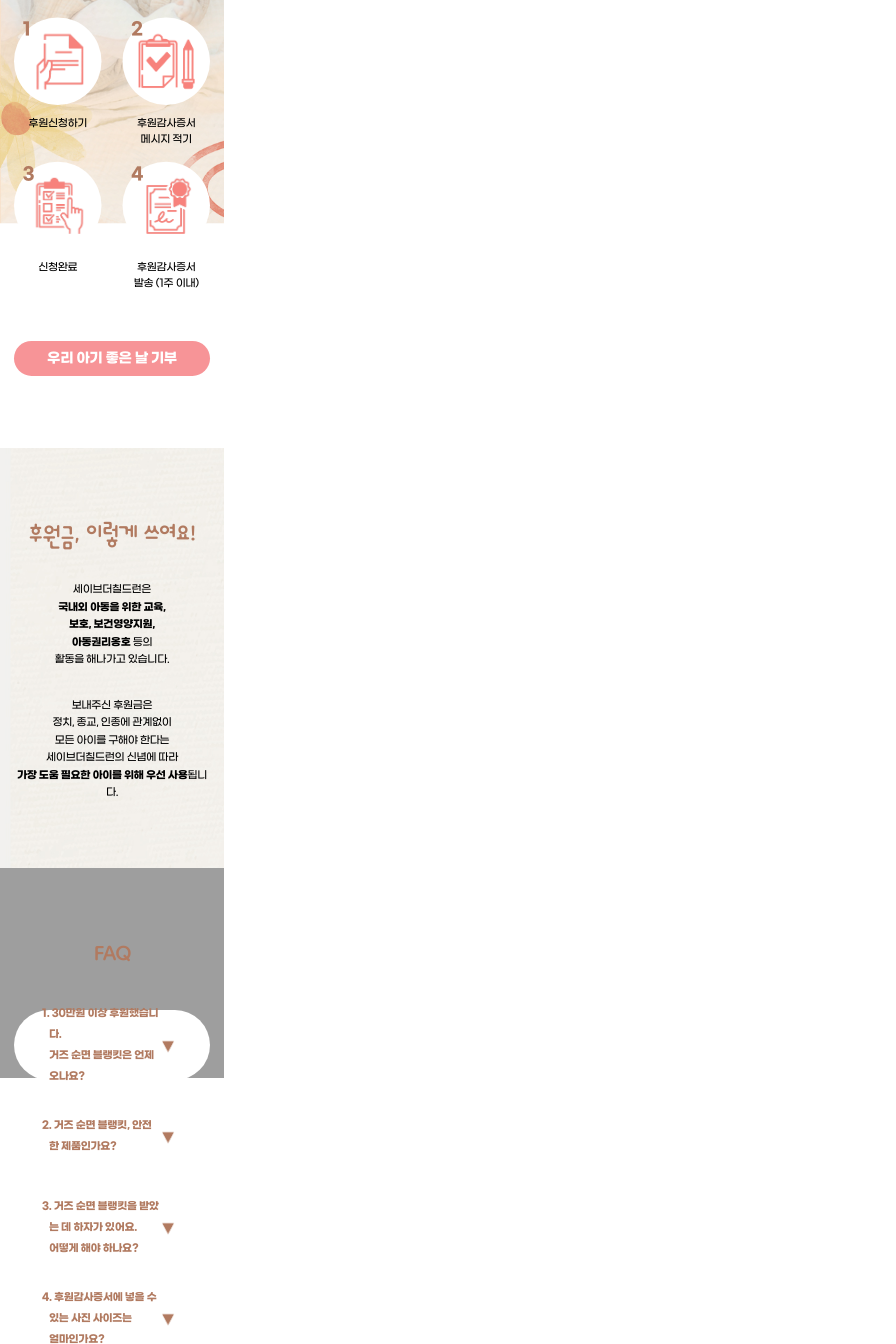
Repository: dlgywls1130/save_the_m320
Page: index.html
These files come from the project's save history. The page is drawn as it stood at one moment and after the next save; the edit follows.
The browser window is 1280 px wide. The pictures show the part of the page from y = 4580 to 6500 px (the page is 7320 px tall), at 70% of full size.
Pictures or frames that could not be fetched are drawn as grey boxes.

Above is the page before, as saved 2023-12-21 01:34:14.

### index.html
<!DOCTYPE html>
<html lang="en">
<head>
    <meta charset="UTF-8">
    <meta name="viewport" content="width=device-width, initial-scale=1.0">
    <title>세이브더칠드런</title>

    <link rel="stylesheet" href="./css/reset.css">
    <link rel="stylesheet" href="./css/style.css">

</head>
<body>
    <div class="content_body">
        <section class="section_wrapper section01">
            <div class="se01 se_wrapper">
                <div class="seo01_mobile_wrapp">
                    <div class="se01_sub">
                        <div class="sub_logo">
                            <img src="./img/logo01.png" alt="logo">
                        </div>
                        <p>우리 아기 좋은 날 기부</p>
                    </div>
                    <p class="seo01_title">
                        아가야,
                    </p>
                    <p class="seo01_title_two">
                        너의 <span id="rollingText">탄생</span> 순간을 축하해!
                    </p>
                </div>
                <div class="seo01_mobile_wrapp_bottom">
                    <p class="section_descript mb-45">
                        아이의 건강과 행복을
                        <br>바라는 마음을 담아,
                        <br>탄생, 백일, 첫 걸음마, 첫돌 등
                        <br>내 아이의 소중한 순간을
                        <br>기부로 기념해보세요.
                        <br>함께 자라나는 다른 아이들
                        <br>에게도 큰 축복이 됩니다..
                    </p>

                    <a class="donation_link" href="javascript:void(0)">우리 아기 좋은 날 기부</a>
                </div>

            </div>
        </section>
        <section class="section_wrapper section02">
            <div class="se02 se_wrapper">
                <div class="postit_wrapper">
                    <div class="postit postit01">
                        <p>우리 아들 우현이의<br>
                        200일을 축하해.<br>
                        <span>건강하게 자라줘서 고마워 <img src="./img/heart.png"></span>
                        늘 사랑받고 받은 사랑만큼<br>
                        베풀 수 있는 건강하고<br>
                        멋진 아들이 되길 바래!</p>
                    </div>
                    <div class="postit postit02">
                        <p>우리 새로아<Br>
                        백일 동안 무럭무럭 자라줘서<Br>
                        고마워~앞으로도 건강하고<Br>
                        우리 같이 재미있게 많이 놀자.<Br>
                        엄마,아빠가 많이 사랑해.</p>
                    </div>

                    <div class="postit postit05">
                        <p>사랑하는 도현이의<br>
                        첫 어린이날과 첫돌을<br>
                        기념하며, <br>
                        이웃을 사랑하는<br>
                        멋진 사람으로 자라길</p>

                    </div>
                    <!-- <div class="postit postit04">
                        <p>보미야<br>
                        첫 번째 생일 축하해<br>
                        너의 존재가 온 세상에<br>
                        봄이길 바랄게!   </p>
                    </div> -->

                    <!-- <div class="postit postit03">
                        <p>서진아<br>
                        우리에게 와줘서 고마워<br>
                        건강하고 행복하게 자라렴.<br>
                        사랑해♡      </p>
                    </div> -->

                </div>

            </div>
        </section>
        <section class="section_wrapper section03">
            <div class="se_wrapper se03">
                <div class="se_title_co">
                    아기의 좋은 날을<br> 기념해 주신 모든 분들께
                    <br>후원감사증서를 <br> 보내드립니다.
                </div>
                <div class="se_sub_co">
                    후원감사증서는<Br> 아기에게 남기고 싶은 메시지와 아기의 좋은 날이 담긴 사진을<br> 보관할 수 있도록
                    만들어드립니다.<br> 먼 훗날, 아기가 성장해 읽게 될 날을 그리며 편지를 써보세요.
                </div>
            </div>

        </section>
        <section class="section_wrapper section04">
            <div class="se_wrapper se04">
                <div class="se_title_co">
                    이름 자수 순면거즈블랭킷
                </div>
                <div class="se_sub_co">
                    30만원 이상 후원하신 분들께는<br> 순면 거즈 아기 블랭킷(90*110)에
                    <Br>원하시는 이름(영문)을<br> 예쁘게 수놓아 드립니다.
                </div>

                <div class="se04_slide mt-85">
                    <div class="se04_slide_list">
                        <img src="./img/slide03.jpg">
                    </div>
                    <div class="se04_slide_list">
                        <img src="./img/slide02.jpg">
                    </div>
                    <div class="se04_slide_list">
                        <img src="./img/slide01.jpg">
                    </div>
                </div>
            </div>
        </section>
        <section class="section_wrapper section05">
            <div class="se_wrapper se05">
                <div class="se_title_co">
                    후원신청 과정
                </div>


                <div class="se_sub_co">
                    30만원 이상 후원해 주신 경우,
                    <br>감사 선물 수령 주소 및 아기 블랭킷에 새겨질 문구 확인을 위한 문자가 발송됩니다.
                </div>

                <div class="se_step_list">
                    <div class="se_step">
                        <p class="step_number">1</p>
                        <div class="step_ico">
                            <img src="./img/icon01.png" alt="img">
                        </div>
                        <p class="step_descript">
                            후원신청하기
                        </p>
                    </div>
                    <div class="se_step">
                        <p class="step_number">2</p>
                        <div class="step_ico">
                            <img src="./img/icon02.png" alt="img">
                        </div>
                        <p class="step_descript">
                            후원감사증서
                            <Br>메시지 적기
                        </p>
                    </div>
                </div>
                <div class="se_step_list">
                    <div class="se_step">
                        <p class="step_number">3</p>
                        <div class="step_ico">
                            <img src="./img/icon03.png" alt="img">
                        </div>
                        <p class="step_descript">
                            신청완료
                        </p>
                    </div>
                    <div class="se_step">
                        <p class="step_number">4</p>
                        <div class="step_ico">
                            <img src="./img/icon04.png" alt="img">
                        </div>
                        <p class="step_descript">
                            후원감사증서 <Br>발송 (1주 이내)
                        </p>
                    </div>
                </div>


                <a class="donation_link" href="javascript:void(0)">우리 아기 좋은 날 기부</a>
            </div>

        </section>
        <section class="section_wrapper section06">
            <div class="se_wrapper se06">
                <div class="se_title_co">
                    후원금, 이렇게 쓰여요!
                </div>
                <div class="se_sub_co">
                    세이브더칠드런은 <Br><span>국내외 아동을 위한 교육,
                    <Br>보호, 보건영양지원,<Br> 아동권리옹호</span> 등의<Br> 활동을 해나가고 있습니다.
                </div>
                <div class="se_sub_co">
                    보내주신 후원금은<Br> 정치, 종교, 인종에 관계없이<Br> 모든 아이를 구해야 한다는
                    <Br>세이브더칠드런의 신념에 따라 <Br><span>가장 도움 필요한 아이를 위해 우선 사용</span>됩니다.
                </div>
            </div>

        </section>
        <section class="section_wrapper section07">
            <div class="se_wrapper se07">
                <div class="se_title_co">
                    FAQ
                </div>
                <div class="accordion">
                    <div class="accordion-item">
                        <h3 class="title">
                            <span>1. 30만원 이상 후원했습니다. <br>거즈 순면 블랭킷은 언제 오나요?</span>
                            <img src="./img/top.png">
                        </h3>
                        <p class="paragraph">
                            우리아기 축하기부로 30만원 이상 후원자님들께는 담요에 수놓을 아기 이름과
                            선물 수령 주소 확인을 위한 문자가 발송됩니다.
                            02-6900-4479로 발송되는 문자 속 설문조사에 답해주세요.
                            확인을 완료하신 분들께는 블랭킷 제작을 담당하고 있는 조니 스튜디오에서
                            아기 이름 자수 작업 완료 후 배송해 드립니다.

                        </p>
                    </div>
                    <div class="accordion-item">
                        <h3 class="title">
                            <span>2. 거즈 순면 블랭킷, 안전한 제품인가요?</span>
                            <img src="./img/top.png">
                        </h3>
                        <p class="paragraph">
                            본 블랭킷은 워싱된 3중 거즈로 제작되었으며, KC안전검사를 완료하였습니다.
                            소재 특성상 섬유 조각이 발생할 수 있어 망에 넣지 않고 3번 정도 물빨래 하시는 것을 권장합니다.

                        </p>
                    </div>
                    <div class="accordion-item">
                        <h3 class="title">
                            <span>3. 거즈 순면 블랭킷을 받았는 데 하자가 있어요. <Br>어떻게 해야 하나요? </span>
                            <img src="./img/top.png">
                        </h3>
                        <p class="paragraph">
                            070-4220-4123 (조니스튜디오 CS)로 전화 연락 부탁드립니다. 하자 물품에 대한 교환은 수령일로부터 7일 이내에 조니스튜디오에 연락해주셔야 하며, 이로 인한 후원금 환불은 어렵습니다.
                        </p>
                    </div>
                    <div class="accordion-item">
                        <h3 class="title">
                            <span>4. 후원감사증서에 넣을 수 있는 사진 사이즈는 <Br>얼마인가요?</span>
                            <img src="./img/top.png">
                        </h3>
                        <p class="paragraph">
                            사진 인화 사이즈 5*7 인치에 맞추어서 제작되었습니다.  그보다 작은 사진일 경우, 후원감사증서
                            내부의 주머니에 넣어 보관하실 수도  있습니다.

                        </p>
                    </div>
                </div>
            </div>

        </section>
        <section class="section_wrapper section08">
            <div class="se_wrapper se08">
                <div class="se08_postion">
                    <p class="se08_title">우리 아기 좋은 날 기부</p>
                    <p class="se08_descript">
                        탄생, 백일, 첫 걸음마, 첫돌...
                        <br>소중한 우리 아기의 성장을 기념해 보세요!
                        <br>아기의 좋은 날이 모여 세상의 행복이 됩니다.
                    </p>
                    <a href="javascript:void(0)" class="more_btn">
                        <p>자세히보기</p>
                        <svg xmlns="http://www.w3.org/2000/svg" width="16" height="16" fill="currentColor" class="bi bi-chevron-right" viewBox="0 0 16 16">
                            <path fill-rule="evenodd" d="M4.646 1.646a.5.5 0 0 1 .708 0l6 6a.5.5 0 0 1 0 .708l-6 6a.5.5 0 0 1-.708-.708L10.293 8 4.646 2.354a.5.5 0 0 1 0-.708z"/>
                        </svg>
                    </a>
                </div>

            </div>
        </section>
    </div>

    <script src="https://ajax.googleapis.com/ajax/libs/jquery/1.12.4/jquery.min.js"></script>
    <script src="./js/main.js"></script>
</body>
</html>

### css/style.css

/* root */
:root{
    --main-color:#B17A60;
    --pink-color:#F79497;
}


/* font */

/* dongle */
@font-face {
    font-family: 'Dongle';
    font-weight: 300;
    src: url('../font/Dongle-Light.ttf') format('ttf'),
    url('../font/Dongle-Light.woff') format('woff');
}

@font-face {
    font-family: 'Dongle';
    font-weight: 500;
    src: url('../font/Dongle-Regular.ttf') format('ttf'),
    url('../font/Dongle-Regular.woff') format('woff');
}

@font-face {
    font-family: 'Dongle';
    font-weight: 700;
    src: url('../font/Dongle-Bold.ttf') format('ttf'),
    url('../font/Dongle-Bold.woff') format('woff');
}


/* Gmarket */
@font-face {
    font-family: 'GmarketSans';
    font-weight: 300;
    src: url('../font/GmarketSansLight.ttf') format('ttf'),
    url('../font/GmarketSansLight.woff') format('woff');
}

@font-face {
    font-family: 'GmarketSans';
    font-weight: 500;
    src: url('../font/GmarketSansMedium.ttf') format('ttf'),
    url('../font/GmarketSansMedium.woff') format('woff');
}

@font-face {
    font-family: 'GmarketSans';
    font-weight: 700;
    src: url('../font/GmarketSansBold.ttf') format('ttf'),
    url('../font/GmarketSansBold.woff') format('woff');
}


/* nanumsqure */

@font-face {
    font-family: 'NanumSquare';
    font-weight: 400;
    src: url('../font/NanumSquareL.ttf') format('ttf'),
    url('../font/NanumSquareL.woff') format('woff');
}

@font-face {
    font-family: 'NanumSquare';
    font-weight: 500;
    src: url('../font/NanumSquareR.ttf') format('ttf'),
    url('../font/NanumSquareR.woff') format('woff');
}

@font-face {
    font-family: 'NanumSquare';
    font-weight: 600;
    src: url('../font/NanumSquareB.ttf') format('ttf'),
    url('../font/NanumSquareB.woff') format('woff');
}

@font-face {
    font-family: 'NanumSquare';
    font-weight: 700;
    src: url('../font/NanumSquareEB.ttf') format('ttf'),
    url('../font/NanumSquareEB.woff') format('woff');
}



/* scdream5 */
@font-face {
    font-family: 'SCDream5';
    src: url('../font/SCDream5.woff') format('woff'),
    url('../font/SCDream5.ttf') format('ttf'),
    url('../font/SCDream5.otf') format('otf');
}


.section_wrapper{
    max-width:320px;
    width: 100%;

}

.se_wrapper{
    max-width: 320px;
    width: 100%;
    position: relative;
    box-sizing: border-box;
}


/* section01 */


.section01{
    background: url(../img/back01.jpg) no-repeat;
    height: 1000px;
    background-size: cover;
    background-position: 86%;
}

.se01{
    padding: 60px 20px;
    box-sizing: border-box;
    height: 100%;
    position: relative;
    display: flex;
    flex-direction: column;
    justify-content: space-between;
}
.se01_sub{
    display: flex;
    align-items: center;
    margin-bottom: 30px;
    flex-direction: column;
}

.sub_logo{
    width: 125px;
    height: 40px;
    margin-right: 10px;
}

.sub_logo img{
    width: 100%;
    height: 100%;
    object-fit: contain;
}

.se01_sub p{
    width: 190px;
    height: 30px;
    background: #B17A60;
    border-radius: 15px;
    display: flex;
    align-items: center;
    justify-content: center;
    letter-spacing: -0.03em;
    font-size: 15px;
    font-weight: 700;
    font-family: 'GmarketSans',sans-serif;
    color: #fff;
}

.seo01_title{
    font-family: 'Dongle',sans-serif;
    font-weight: 500;
    font-size: 100px;
    color: var(--main-color);
    letter-spacing: -0.03em;
    text-align: center;
}

.seo01_title_two{
    font-family: 'Dongle',sans-serif;
    font-weight: 500;
    font-size: 50px;
    color: var(--main-color);
    letter-spacing: -0.03em;
    margin-top: -7%;
    margin-bottom: 50px;
    display: flex;
    align-items: center;
    white-space: nowrap;
    text-align: center;
}

.seo01_title_two span{
    margin: 0 0.5rem;
}
.section_descript{
    font-size: 15px;
    line-height: 25px;
    font-family: 'GmarketSans';
    font-weight: 500;
    letter-spacing: -0.03em;
    color: #000;
    text-align: center;
}

.donation_link{
    width: 100%;
    height: 50px;
    border-radius: 100px;
    display: flex;
    align-items: center;
    justify-content: center;
    background: var(--pink-color);
    color: #fff;
    font-family: 'GmarketSans';
    font-size: 20px;
    font-weight: 700;
    letter-spacing: -0.03em;
    text-decoration: none;
    margin: 40px auto 0;
}


@keyframes roll {
    from {
        transform: translateY(40%);
        opacity: 0;
    }
    to {
        transform: translateY(0);
        opacity: 1;
    }
  }


  #rollingText.animate-text {
    animation: roll 0.5s ease-in-out;
}

/* section02 */

.section02{
    height: 940px;
    background: url('../img/back02.jpg') no-repeat;
}

.se02{
    box-sizing: border-box;
    height: 100%;
}
.postit_wrapper{
    width: 100%;
    padding: 40px 20px;
    position: relative;
    display: flex;
    flex-direction: column;
    align-items: center;
    box-sizing: border-box;
}

.ex_text{
    font-family: 'GmarketSans';
    font-size: 20px;
    font-weight: 500;
    letter-spacing: -0.03em;
}


.postit p img{
    width: 15px;
    height: auto;
    object-fit: contain;
}
.postit p{
    font-family: 'SCDream5';
    font-size: 15px;
    line-height: 25px;
    text-align: center;
    display: flex;
    justify-content: center;
    align-items: center;
    flex-direction: column;
    height: 100%;
}

.postit01{
    background:url('../img/post04.png') no-repeat;
    width: 285px;
    height: 300px;
    background-size: contain;
    box-sizing: border-box;
}

.postit01 p{
    transform: rotate(358deg);
}

.postit02{
    background: url('../img/post05.png') no-repeat;
    width: 285px;
    height: 300px;
    background-size: contain;
    box-sizing: border-box;
    margin-top: -27%;
}

.postit02 p{
    transform: rotate(7deg);
}

.postit03{
    background:url('../img/post02.png') no-repeat;
    width: 285px;
    height: 300px;
    background-size: contain;
    box-sizing: border-box;
    margin-top: -25%;
    transform: rotate(-14deg);
}

.postit03 p{
    transform: rotate(-7deg);
}

.postit04{
    background: url(../img/post03.png) no-repeat;
    width: 285px;
    height: 300px;
    background-size: cover;
    box-sizing: border-box;
    margin-top: -24%;
    transform: rotate(14deg);
}

.postit04 p{
    transform: rotate(7deg);
}

.postit05{
    background:url('../img/post01.png') no-repeat;
    width: 285px;
    height: 300px;
    background-size: contain;
    box-sizing: border-box;
    margin-top: -22%;
}

.postit05 p{
    transform: rotate(-9deg);
}

/* section03 */

.section03{
    height: 1200px;
    background: url('../img/back03.jpg') no-repeat;
}

.se03{
    padding: 100px 20px 70px;
    box-sizing: border-box;
    height: 100%;
}


.se_title_co{
    font-size: 50px;
    line-height: 50px;
    letter-spacing: -0.03em;
    font-family: 'Dongle';
    font-weight: 500;
    color: var(--main-color);
    text-align: center;
}

.se_sub_co{
    font-size: 15px;
    letter-spacing: -0.03em;
    line-height: 25px;
    font-family: 'GmarketSans';
    font-weight: 500;
    text-align: center;
    margin-top: 40px;
}

/* section04 */

.section04{
    height: 1180px;
    background: url('../img/back04.jpg') no-repeat;
}

.se04{
    padding: 90px 20px;
    box-sizing: border-box;
    height: 100%;
}

.se04_slide{
    margin: 60px auto 0;
}


.se04_slide_list{
    width: 280px;
    height: 240px;
    border-radius: 9px;
    margin-bottom: 10px;
}

.se04_slide_list img{
    width:100%;
height: 100%;
object-fit: cover;
border-radius: 15px;
}
/* section05 */
.section05{
    height:900px;
    background: url('../img/back05.jpg') no-repeat;
}

.se05{
    padding: 100px 20px 80px;
    box-sizing: border-box;
    height: 100%;
}

.se_step_list{
    display: flex;
    align-content: center;
    margin-top: 20px;
    position: relative;
    flex-wrap: wrap;
    justify-content: space-between;
}


.se_step_list .se_step{
    position: relative;
    display: flex;
    flex-direction: column;
    align-items: center;
}

.step_number{
    font-size: 25px;
    letter-spacing: -0.03em;
    line-height: 35px;
    font-weight: 700;
    font-family: 'GmarketSans';
    position: absolute;
    left: 10%;
    top: 0;
    color: var(--main-color);
    z-index: 2;
}

.se_step_list .se_step .step_ico{
    width: 125px;
    height: 125px;
    border-radius: 50%;
    background-color: #fff;
    display: flex;
    align-items: center;
    justify-content: center;
    position: relative;
    z-index: 1;
}

.se_step_list .se_step .step_ico img {
    width: 80px;
    height: 80px;
    object-fit: contain;
    object-position: 73%;
}

.step_descript{
    font-size: 15px;
    letter-spacing: -0.03em;
    line-height: 23px;
    font-weight: 500;
    font-family: 'GmarketSans';
    text-align: center;
    margin-top: 15px;
    color: #000;
}


.section05 .donation_link{
    margin: 70px auto 0;
}


/* section06 */
.section06{
    height:600px;
    background: url('../img/back06.jpg') no-repeat;
}

.se06{
    padding: 100px 20px;
    height: 100%;
    box-sizing: border-box;
}


.se_sub_co span{
    font-weight: 700;
}
/* section07 */

.section07{
    height:1000px;
    background: url('../img/back07.jpg') no-repeat;
}

.se07{
    padding: 100px 20px;
    height: 100%;
    box-sizing: border-box;
}


.accordion{
    margin-top: 38px;
}
.accordion-item {
    padding:15px 0;
    margin: 0;
    overflow: hidden;
}

.accordion-item .title {
    display: flex;
    justify-content: space-between;
    align-items: center;
    font-weight: 700;
    font-size: 15px;
    line-height: 30px;
    letter-spacing: -0.03em;
    cursor: pointer;
    width: 100%;
    height: 100px;
    border-radius: 50px;
    background-color: #fff;
    color: var(--main-color);
    padding: 0 50px;
    font-family: 'GmarketSans';
    box-sizing: border-box;
    text-indent: -10px;
}

.accordion-item .title img {
    font-size: 0.9rem;
    color: #454545;
    transform: rotate(0);
    transition: transform 0.15s ease;
    width: 20px;
    height: auto;
}

.accordion-item .paragraph {
    font-weight: 500;
    font-size: 20px;
    letter-spacing: -0.03em;
    color: #000;
    display: none;
    padding: 30px 35px 15px;
    list-style: inside;
    line-height: 30px;
    font-family: 'GmarketSans';
}

.accordion-item .paragraph .indent{
    text-indent: 1rem;
}


.accordion-item .paragraph span{
    font-weight: bold;
}

.accordion-item.active .title img{
    transform: rotate(180deg);
}

.accordion-item.active .paragraph {
    display: block;
}


/* section08 */

.section08{
    height:500px;
    background: url('../img/banner.jpg') no-repeat;
}
.se08{
    position: relative;
    height: 100%;
}

.se08_postion{
    display: flex;
    align-items: center;
    justify-content: center;
    flex-direction: column;
    height: 100%;
}

.se08_title{
    font-family: 'NanumSquare';
    font-weight: 600;
    font-size: 30px;
    letter-spacing: -0.05em;
    line-height: 50px;
    position: relative;
    text-align: center;
    margin-bottom: 30px;
}



.se08_descript{
    font-family: 'NanumSquare';
    font-weight: 500;
    font-size: 20px;
    line-height: 30px;
    letter-spacing: -0.05em;
    text-align: center;
}

.more_btn{
    margin-top: 38px;
    width: 150px;
    height: 40px;
    background: #543F2C;
    display: flex;
    align-items: center;
    justify-content: center;
    text-decoration: none;
}

.more_btn p{
    font-family: 'NanumSquare';
    font-weight: 500;
    font-size: 18px;
    color: #fff;

}

.more_btn svg{
    fill: #fff;
}

Loaded but not shown: js/main.js (46 lines, source omitted); css/reset.css (45 lines, source omitted)

After the next save:
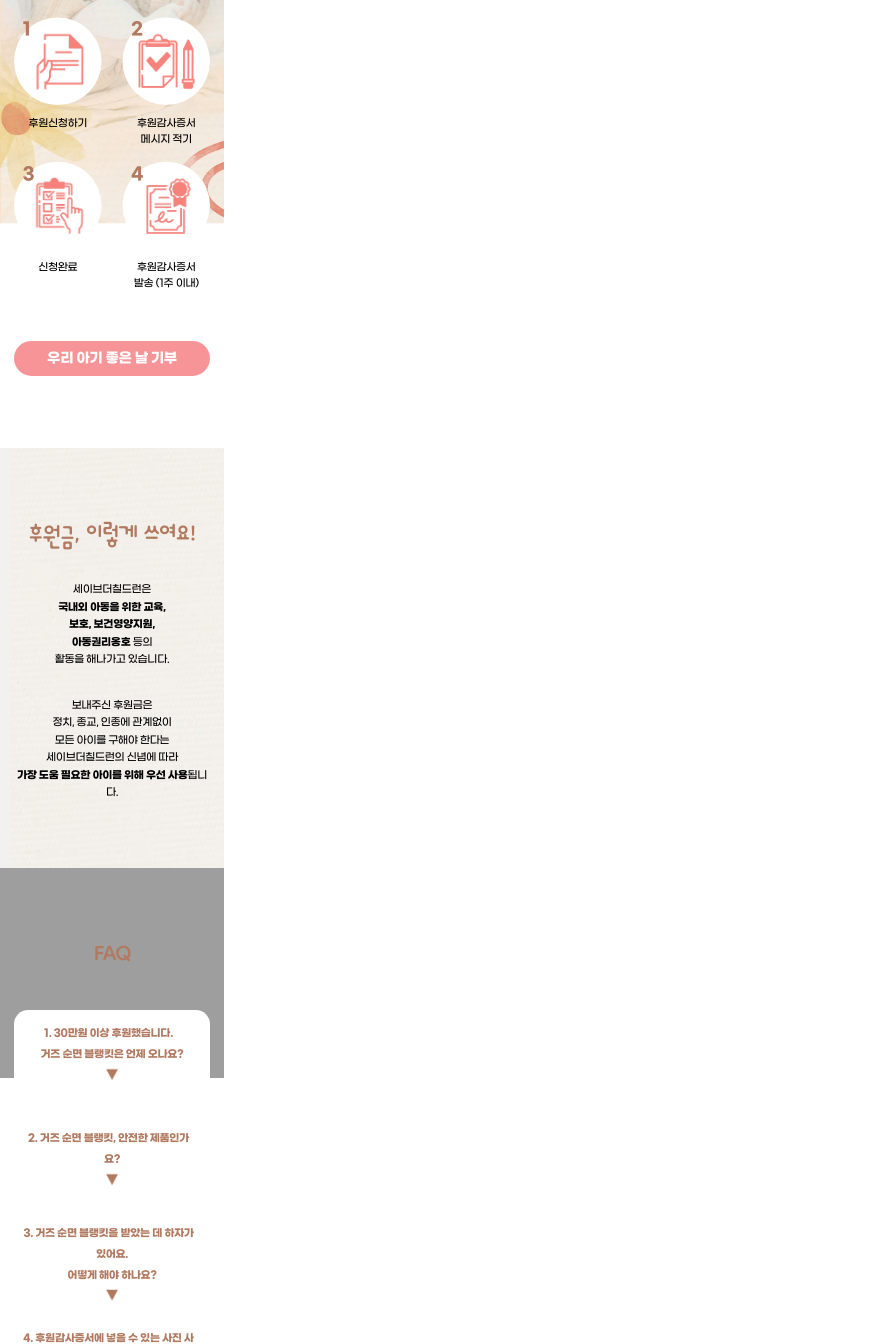
Saved 95 s later.
--- a/css/style.css
+++ b/css/style.css
@@ -528,7 +528,7 @@
 
 .accordion-item .title {
     display: flex;
-    justify-content: space-between;
+    justify-content: center;
     align-items: center;
     font-weight: 700;
     font-size: 15px;
@@ -536,14 +536,16 @@
     letter-spacing: -0.03em;
     cursor: pointer;
     width: 100%;
-    height: 100px;
-    border-radius: 50px;
+    height: 120px;
+    border-radius: 20px;
     background-color: #fff;
     color: var(--main-color);
-    padding: 0 50px;
+    padding: 0 20px;
     font-family: 'GmarketSans';
     box-sizing: border-box;
     text-indent: -10px;
+    flex-direction: column;
+    text-align: center;
 }
 
 .accordion-item .title img {
